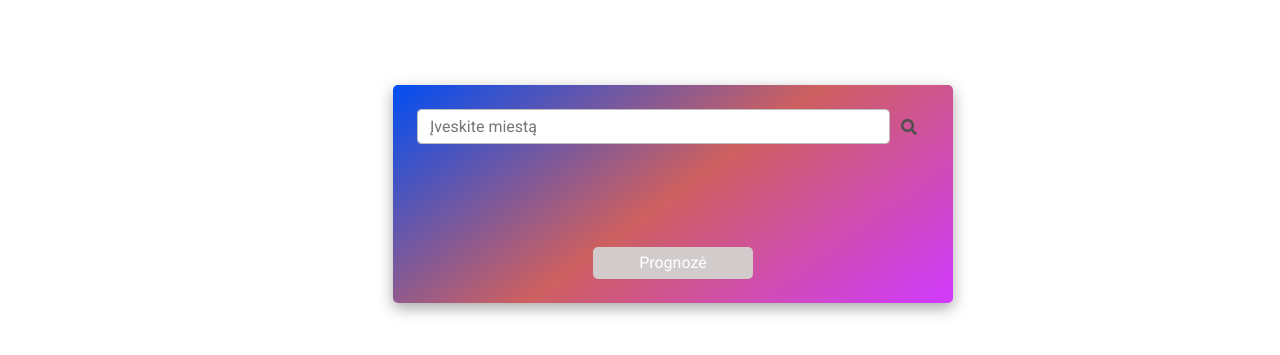
Repository: daxazz1/Weather-app
Page: index.html
The author's editor kept a copy of each file at every save. The page is drawn from the files as they stood at one save, then again after the next save.
The browser window is 1280 px wide. The pictures show the whole page.
Some web fonts or font styles are not loaded; a fallback is used. Some web libraries are served in a nearby version.

Above is the page before, as saved 2021-11-08 10:50:17.

After the next save:
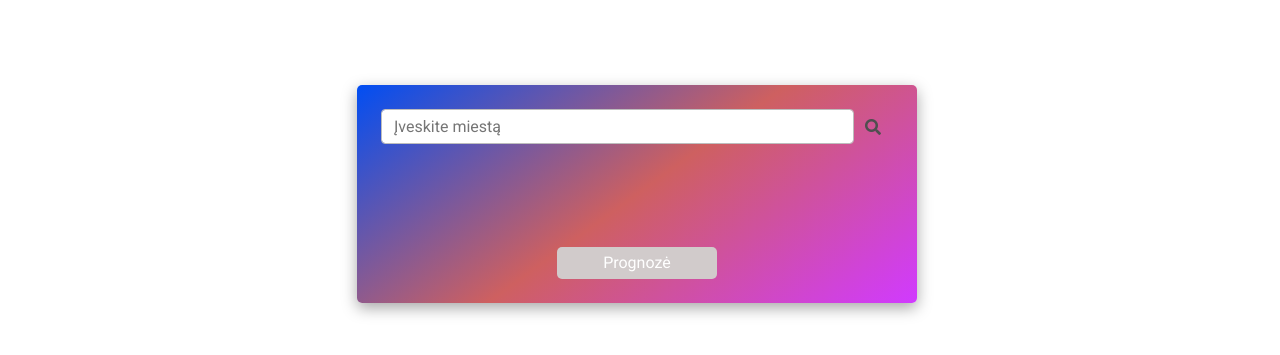
Saved 4 min 3 s later.
--- a/style.css
+++ b/style.css
@@ -1,5 +1,5 @@
 .content {
-  width: 70vh;
+  width: 80vh;
   margin: auto;
   display: block;
   padding-top: 5rem;
@@ -44,7 +44,6 @@ button {
 .rytoj2,
 .rytoj3 {
   font-size: 12px;
-
   border-bottom: 1px solid rgb(102, 102, 102);
 }
 
